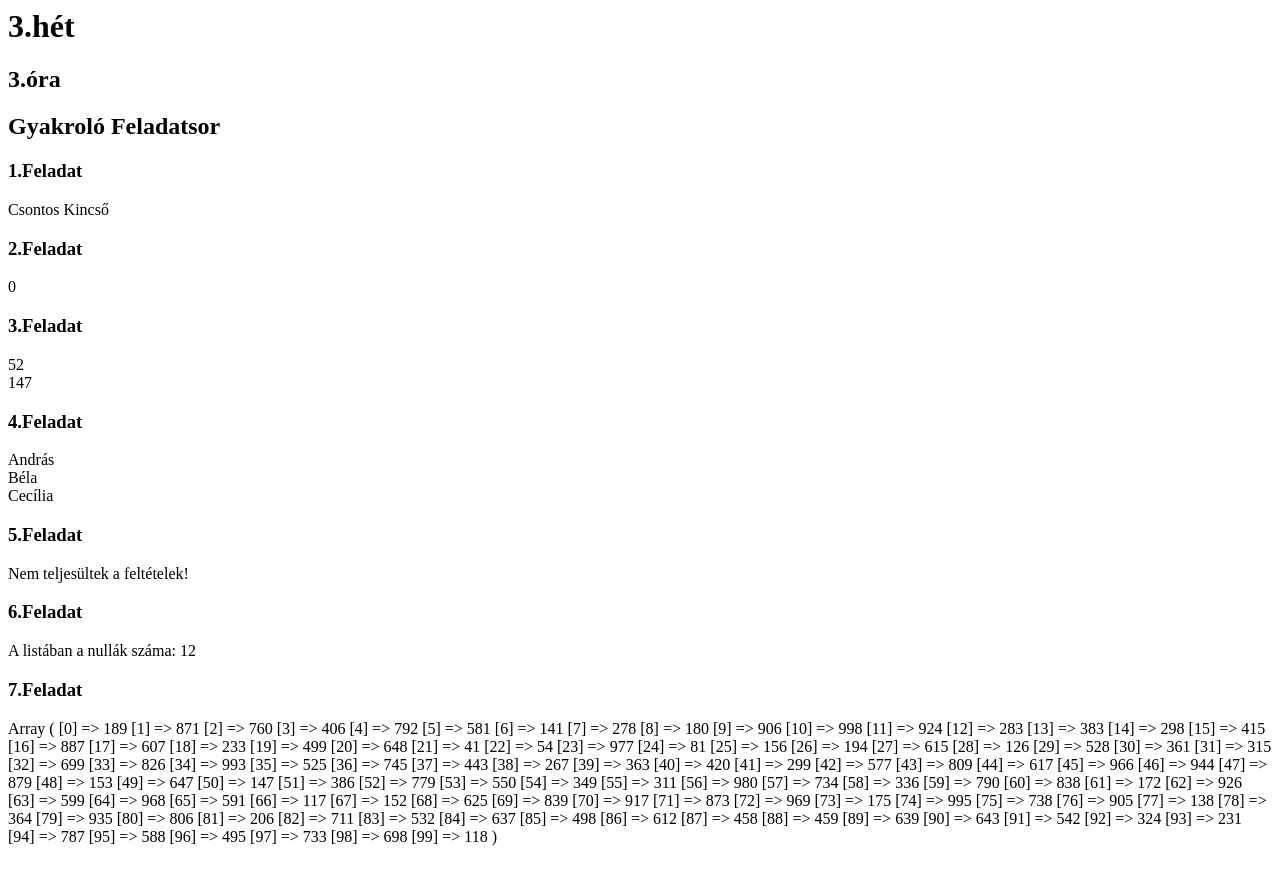
Repository: doomhyena/htdocs
Page: http://localhost/03.Week/feladat.php
These files come from the project's save history. The page is drawn as it stood at one moment and after the next save; the edit follows.
The browser window is 1280 px wide. The pictures show the whole page.
The page is run by PHP 8.4 with error messages shown; the project is at /var/www/html/.

Above is the page before, as saved 2024-09-20 13:25:56.

### 03.Week/feladat.php
<?php

// -----------------------------------------------------------------------------------------------------------------
// Harmadik óra 2024/09/09 PÉNTEK
// -----------------------------------------------------------------------------------------------------------------

echo "<h1>3.hét</h1>";
echo "<h2>3.óra</h2>";
echo "<h2>Gyakroló Feladatsor</h2>";

echo "<h3>1.Feladat</h3>";

echo "Csontos Kincső";

echo "<h3>2.Feladat</h3>";

$a = 5;
$b = 10;
$c = 3;

echo ($a + $b) % $c;

echo "<h3>3.Feladat</h3>";

$d = rand(0, 100);
$e = rand(0, 100);

echo $d + $c;
echo "<br>";
echo $d * $c;

echo "<h3>4.Feladat</h3>";

$list = array("András", "Béla", "Cecília");

for ($i = 0; $i < count($list); $i++) {
    echo $list[$i];
    echo "<br>";
}

echo "<h3>5.Feladat</h3>";

$lista = array();

$randomnumber = rand(1, 12);

if ($randomnumber < 10 && $randomnumber % 2 === 1) {
    array_push($lista, $randomnumber);
    print_r($lista);
} else {
    echo "Nem teljesültek a feltételek!";
}

echo "<h3>6.Feladat</h3>";

$listas = array();

for ($i = 0; $i < 100; $i++) {
    $rando = rand(0, 5);
    array_push($listas, $rando);
}

$nullak = 0;

for ($i = 0; $i < count($listas); $i++) {
    if ($listas[$i] === 0) {
        $nullak += 1;
    }
}
echo "A listában a nullák száma: $nullak";
echo "<br>";

echo "<h3>7.Feladat</h3>";

$kecske = array();

while(count($kecske) < 100) {
    $rando = rand(0, 1000);

    if(!in_array($rando, $kecske)) {
        array_push($kecske, $rando);
    }
} // Többdimenziós tömbök

$legkisebb = 1001;
$legnagyobb = -1;

for ($i = 0; $i < count($kecske); $i++) {
    // kód
    if($kecske[$i] < $legkisebb ) {
        $legkisebb = $kecske[$i];
    }
    if($kecske[$i] > $legnagyobb ) {
        $legnagyobb = $kecske[$i];
    }
}

print_r($kecske);
echo "<br>";
echo "";
echo "<br>";
echo "";

After the next save:
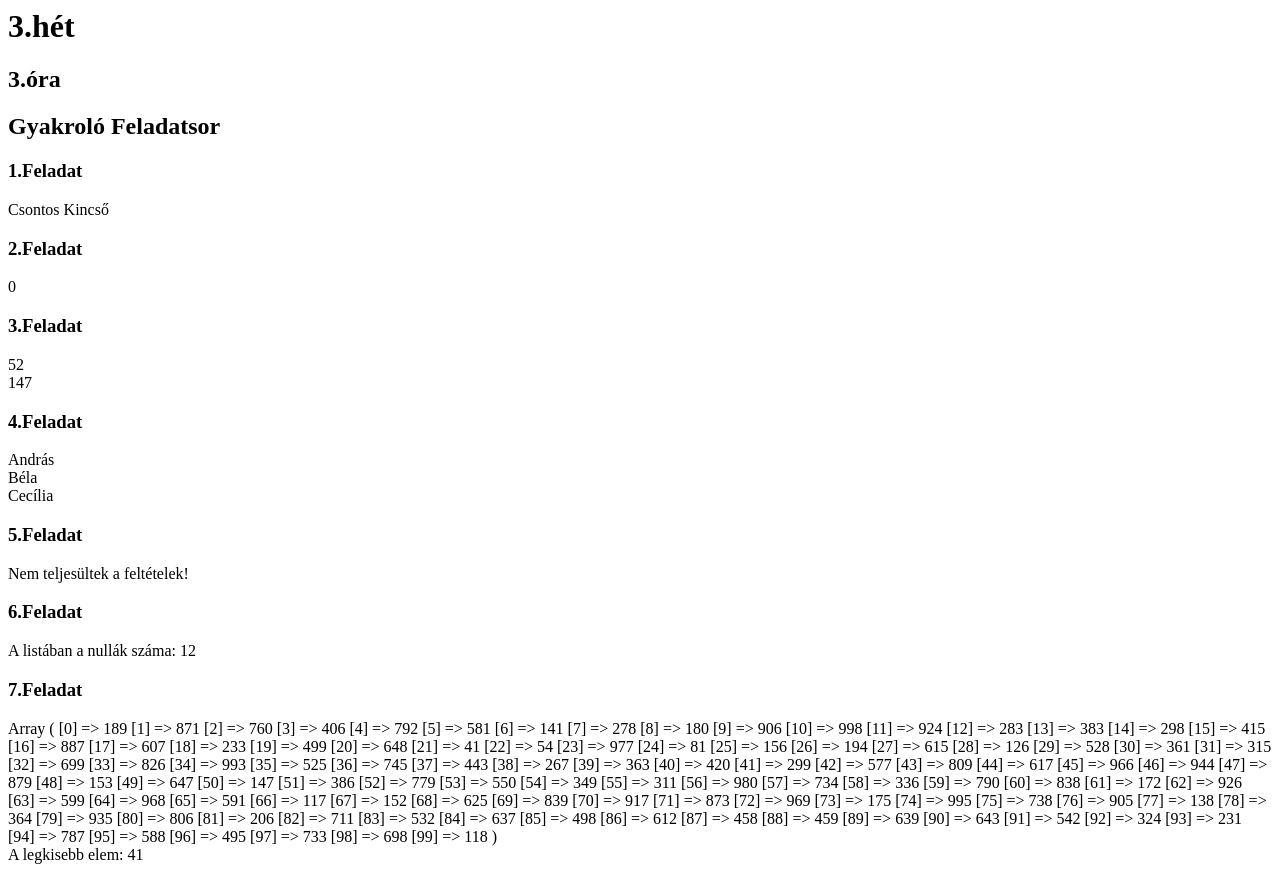
Saved 16 s later.
--- a/03.Week/feladat.php
+++ b/03.Week/feladat.php
@@ -97,6 +97,6 @@ for ($i = 0; $i < count($kecske); $i++) {
 
 print_r($kecske);
 echo "<br>";
-echo "";
+echo "A legkisebb elem: $legkisebb";
 echo "<br>";
 echo "";
